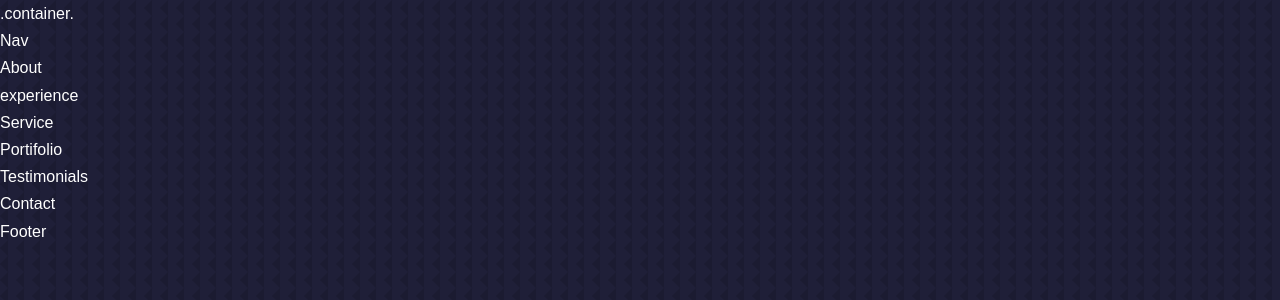
Repository: YuriSarmanho/Portifolio-
Page: / (app in portifolio/)
These files come from the project's save history. The page is drawn as it stood at one moment and after the next save; the edit follows.
The browser window is 1280 px wide. The pictures show the whole page.
The project was rebuilt for these pictures with package versions that can differ from the ones it lists, and the page was loaded fresh each time. Also part of the build but not shown: portifolio/src/Components/Header/Header.css.

Above is the page before, as saved 2022-05-11 16:02:02.

### portifolio/public/index.html
<!DOCTYPE html>
<html lang="pt-br">
<head>
    <meta charset="UTF-8">
    <meta http-equiv="X-UA-Compatible" content="IE=edge">
    <meta name="viewport" content="width=device-width, initial-scale=1.0">
    <title>Yuri Sarmanho Monteiro</title>
</head>
<body>
    <div id="root"></div>
</body>
</html>

### portifolio/src/index.js
import ReactDOM from 'react-dom'
import App from './App'

ReactDOM.render(<App/>, document.querySelector("#root"))

### portifolio/src/App.jsx
import React from "react";
import './index.css'

import Header from "./Components/Header/Header";
import About from "./Components/About/About";
import Contact from "./Components/Contact/Contact";
import Experience from "./Components/Experience/Experience";
import Footer from "./Components/Footer/Footer";
import Nav from "./Components/Nav/Nav";
import Testimonials from "./Components/Testimonials/Testimonials";
import Service from "./Components/Service/Service";
import Portifolio from "./Components/Portifolio/Portifolio";



const App = () => {
  return (
    <>
      <Header />
      <Nav/>
      <About />
      <Experience/>
      <Service/>
      <Portifolio/>
      <Testimonials/>
      <Contact/>
      <Footer/>
    </>
  );
};

export default App;

### portifolio/src/index.css
* {
  margin: 0;
  padding: 0;
  border: 0;
  outline: 0;
  box-sizing: border-box;
  list-style: none;
  text-decoration: none;
}
:root {
  --color-bg: #1f1f38;
  --color-bg-variant: #2c2c6c;
  --color-primary: #4db5ff;
  --color-primary-variant: rgba(77, 181, 255, 0.4);
  --color-white: #fff;
  --color-light: rgba(255, 255, 255, 0.6);

  --transition: all 400ms ease;

  --container-width-lg: 75%;
  --container-width-md: 86%;
  --container-width-sm: 90%;
}
html {
  scroll-behavior: smooth;
}
::-webkit-scrollbar {
  display: none;
}

body {
  font-family: "Poppins", sans-serif;
  background-color: var(--color-bg);
  color: var(--color-white);
  line-height: 1.7;
  background-image: url(../src/assets/bg-texture.png);
}

.container {
  width: var(--container-width-lg);
  margin: 0 auto;
}

h1,
h2,
h3,
h4,
h5 {
  font-weight: 500;
}
h1 {
  font-size: 2.5rem;
}
section {
  margin-top: 8rem;
}
section > h2,
section > h5 {
  text-align: center;
  color: var(--color-ligth);
}

section > h2 {
  color: var(--color-primary);
  margin-bottom: 3rem;
}

.text-light {
  color: var(--color-light);
}
a {
  color: var(--color-primary);
  transition: var(--transition);
}
a:hover{
    color: var(--color-white);
}
.btn{
    width: max-content;
    display: inline-block;
    color: var(--color-primary);
    padding: 0.75rem 1.2rem;
    border-radius: 0.4rem;
    cursor: pointer;
    border: 1px solid var(--color-primary);
    transition: var(--transition);
}

.btn:hover{
    background-color: var(--color-white);
    color: var(--color-bg);
    border: transparent;
}

.btn-primary{
    background-color: var(--color-primary);
    width: 100%;
     object-fit: cover;
}

/*MEDIUM DEVICE*/
@media screen and (max-width:1024px){
    .container{
        width: var(--container-width-md);
    }
    section{
        margin-top: 6rem;
    }
}

/*SMALL DEVICE*/
@media screen and (max-width:600px){
    .container{
        width: var(--container-width-sm);
    }
    section > h2{
        margin-bottom: 2rem;
    }
}

### portifolio/src/Components/Header/Header.jsx
import React from 'react'
import './Header.css'
const header = () => {
  return (
    <header>
      .container.
    </header>
  )
}

export default header

### portifolio/src/Components/Experience/Experience.jsx
import React from 'react'

const experience = () => {
  return (
    <div>experience</div>
  )
}

export default experience

### portifolio/src/Components/Portifolio/Portifolio.jsx
import React from 'react'

const Portifolio = () => {
  return (
    <div>Portifolio</div>
  )
}

export default Portifolio

Loaded but not shown: portifolio/src/Components/About/About.jsx (common file); portifolio/src/Components/Contact/Contact.jsx (common file); portifolio/src/Components/Footer/Footer.jsx (common file); portifolio/src/Components/Nav/Nav.jsx (common file); portifolio/src/Components/Testimonials/Testimonials.jsx (common file); portifolio/src/Components/Service/Service.jsx (common file); portifolio/src/Components/Header/Header.css (no copy from this time; the picture is the same without it)

After the next save:
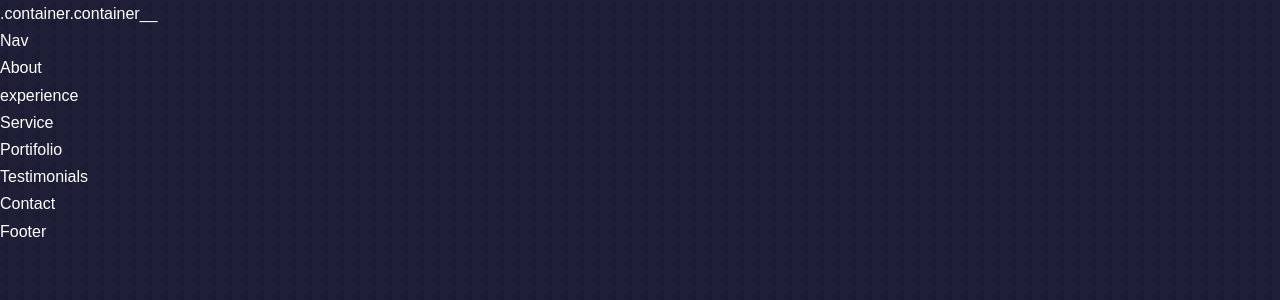
Saved 6 s later.
--- a/portifolio/src/Components/Header/Header.jsx
+++ b/portifolio/src/Components/Header/Header.jsx
@@ -3,7 +3,7 @@
 const header = () => {
   return (
     <header>
-      .container.
+      .container.container__
     </header>
   )
 }
